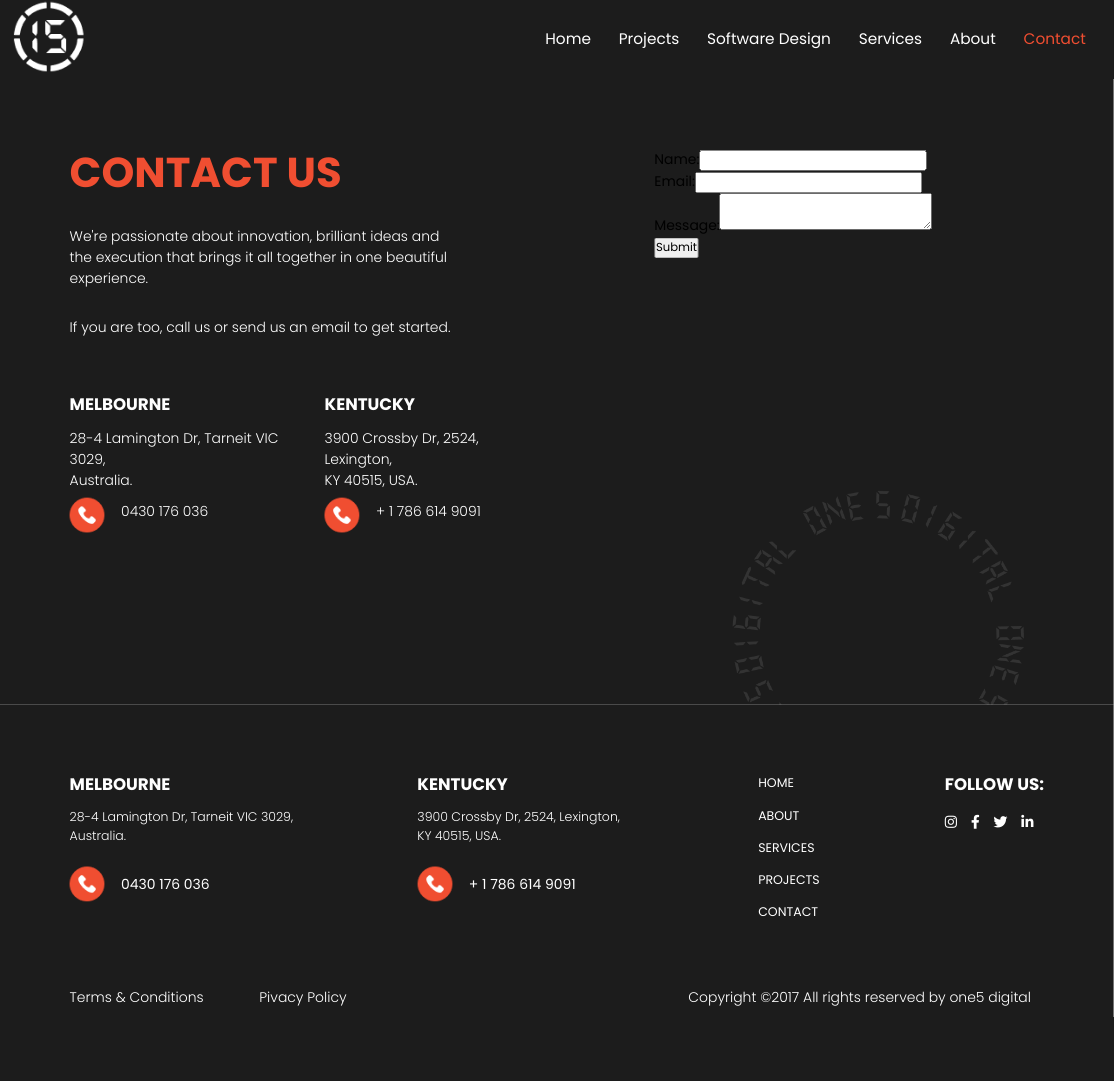
Repository: gopalpurohit54/one5
Page: /Contact
An editor plug-in stored every save of this project. The page is shown before and after the next save, followed by the edit.
The browser window is 1280 px wide. The pictures show the whole page, at 87% of full size.
The project was rebuilt for these pictures with package versions that can differ from the ones it lists, and the page was loaded fresh each time. Also part of the build but not shown: src/components/Button.js, src/components/HeroSection.css, src/components/HeroSection.js, src/components/OurProjects.css, src/components/OurProjects.js, src/components/OurServices.js, src/components/AboutUs.css, src/components/AboutUs.js and 30 more.

Above is the page before, as saved 2021-06-22 14:21:59.

### src/index.css
@import url('https://fonts.googleapis.com/css2?family=Poppins:ital,wght@0,100;0,200;0,300;0,400;0,500;0,600;0,700;0,800;0,900;1,100;1,200;1,300;1,400;1,500;1,600;1,700;1,800;1,900&display=swap');

* {
  margin: 0;
  padding: 0;
  outline: none;
  font-family: 'Poppins', sans-serif;
  -webkit-font-smoothing: antialiased;
  -moz-osx-font-smoothing: grayscale;
}

code {
  font-family: source-code-pro, Menlo, Monaco, Consolas, 'Courier New',
    monospace;
}

.nav-item-active {
  color: #F04E31;
}

### src/components/App.js
import React from 'react';
import Header from '../components/Header';
import { BrowserRouter as Router, Switch, Route } from 'react-router-dom';
import './App.css';
import Home from '../components/Pages/Home';
import Footer from '../components/Footer';
import About from './Pages/About';
import Projects from './Pages/Projects';
import SoftwareDesign from './Pages/SoftwareDesign';
import Services from './Pages/Services';
import Contact from './Pages/Contact';

function App() {
  return (
    <Router>
      <Header />
      <Switch>
        <Route path='/' exact component= {Home} />
        <Route path='/About' exact component= {About} />
        <Route path='/Projects' exact component= {Projects} />
        <Route path='/SoftwareDesign' exact component= {SoftwareDesign} />
        <Route path='/Services' exact component= {Services} />
        <Route path='/Contact' exact component= {Contact} />
      </Switch>
      <Footer />
    </Router>
  );
}



export default App

### src/components/Header.js
import React, { useState, useEffect } from 'react';
import './Header.css';
import { NavLink } from 'react-router-dom';

function Header() {
    const [navbar, setHeader] = useState(false);

    const changeBackground = () => {
        console.log(window.scrollY)
    }

    window.addEventListener('scroll', changeBackground);

    return (
        <div className="header active">
            <div className="logo">
                <img src="./logo-white.png" />
            </div>
            <ul className="nav-items">
                <li className="nav-items"><NavLink exact to="/" className="nav-items" activeClassName="nav-item-active">Home</NavLink></li>
                <li className="nav-items"><NavLink exact to="/Projects" className="nav-items" activeClassName="nav-item-active">Projects</NavLink></li>
                <li className="nav-items"><NavLink exact to="/SoftwareDesign" className="nav-items" activeClassName="nav-item-active">Software Design</NavLink></li>
                <li className="nav-items"><NavLink exact to="/Services" className="nav-items" activeClassName="nav-item-active">Services</NavLink></li>
                <li className="nav-items"><NavLink exact to="/About" className="nav-items" activeClassName="nav-item-active">About</NavLink></li>
                <li className="nav-items"><NavLink exact to="/Contact" className="nav-items" activeClassName="nav-item-active">Contact</NavLink></li>
            </ul>
        </div>
    )
}

export default Header

### src/components/App.css

* {
    box-sizing: border-box;
    margin: 0;
    padding: 0;
    font-family: 'Poppins', sans-serif;
    /* background: #1c1c1c; */
  }

### src/components/Footer.js
import React from 'react';
import './Footer.css';
import { Link } from 'react-router-dom';

function Footer() {
    return (
        <div className="footer">
            <div className="footer-wrapper">
                <ul className="add-1">
                    <h6>MELBOURNE</h6>
                    <p>28-4 Lamington Dr, Tarneit VIC 3029, <br/> Australia.</p>
                    <div className="call"><img className="call-icon" src="./phone-icon.png" /> 0430 176 036 </div>
                </ul>
                <ul className="add-2">
                    <h6>KENTUCKY</h6>
                    <p>3900 Crossby Dr, 2524, Lexington, <br/> KY 40515, USA.</p>
                    <div className="call"><img className="call-icon" src="./phone-icon.png" /> + 1 786 614 9091 </div>
                </ul>
                <ul className="site-links">
                    <li><Link to="/" className="site-links">HOME</Link></li>
                    <li><Link to="/About" className="site-links">ABOUT</Link></li>
                    <li><Link to="/Services" className="site-links">SERVICES</Link></li>
                    <li><Link to="/Projects" className="site-links">PROJECTS</Link></li>
                    <li><Link to="/Contact" className="site-links">CONTACT</Link></li>
                </ul>
                <ul className="follow-us">
                    <h6>FOLLOW US:</h6>
                    <a className="social" href="#"><i class="fab fa-instagram"></i></a>
                    <a className="social" href="#"><i class="fab fa-facebook-f"></i></a>
                    <a className="social" href="#"><i class="fab fa-twitter"></i></a>
                    <a className="social" href="#"><i class="fab fa-linkedin-in"></i></a>
                </ul>
            </div>
            <div className="copyright">
                <div className="copy-left">
                    <p className="left-p1">Terms & Conditions</p>
                    <p className="left-p2">Pivacy Policy</p>
                </div>
                <div className="copy-right">
                    <p className="right-p">Copyright ©2017 All rights reserved by one5 digital</p>
                </div>
            </div>
        </div>
    )
}

export default Footer

### src/components/Pages/Contact.js
import React from 'react';
import '../App';
import ContactPage from '../ContactPage';

function Contact() {
    return (
            <React.Fragment>
                <ContactPage />
            </React.Fragment>
    )
}

export default Contact;

### src/components/Header.css
.header {
    background: transparent;
    color: white;
    display: flex;
    flex-direction: row;
    align-content: center;
    justify-content: space-between;
    align-items: center;
    padding: 1rem;
    position: sticky;
    top: 0;
    height: 90px;
}
.header.active {
    background: #1c1c1c;
}

.nav-items {
    display: flex;
    list-style: none;
    font-size:1.1rem;
    text-decoration: none;
    color: #fff;
}

li.nav-items{
    margin-bottom: 0;
}

li {
    padding-left: 1rem;
    padding-right: 1rem;
}

a.nav-items:hover {
    color: #F04E31;
    cursor: pointer;
}

.nav-item-active {
    color: #F04E31;
}

### src/components/Footer.css
.footer {
    padding: 5rem 5rem 1rem 5rem;
    background-color: #1c1c1c;
    height: 60vh;
    width: 100%;
    color: white;
}

.footer h6 {
    font-size: 1.2rem;
    line-height: 1.2;
    margin-bottom: 1rem;
}

.footer p {
    margin-bottom: 1.5rem;
    font-size: 1rem;
    line-height: 1.5;
    font-style: normal;
    font-weight: 300;
    padding-right: 15px;
}

.footer-wrapper {
    display: flex;
    flex: 1;
    flex-direction: row;
    align-content: center;
    justify-content: space-between;
    align-items: flex-start;
}

.add-1 p {
    font-size: 0.9rem;
}

.add-2 p {
    font-size: 0.9rem;
}

.call {
    display: flex;
    flex-direction: row;
    justify-content: flex-start;
    align-content: center;
    align-items: center;
}

.call:hover {
    color: #F04E31;
}

.follow-us p {
    font-size: 0.9rem;
}

i.fab.fa-instagram {
    padding: 0.5rem 0.5rem 0.5rem 0;
}

i.fab.fa-instagram:hover {
    color: #F04E31;
}

i.fab.fa-facebook-f {
    padding: 0.5rem;
}

i.fab.fa-facebook-f:hover {
    color: #F04E31;
}


i.fab.fa-twitter {
    padding: 0.5rem;
}

i.fab.fa-twitter:hover {
    color: #F04E31;
}


i.fab.fa-linkedin-in {
    padding: 0.5rem;
}

i.fab.fa-linkedin-in:hover {
    color: #F04E31;
}

img.call-icon {
    padding-right: 1.2rem;
}

.copyright {
    display: flex;
}

.copy-left {
    width: 50%;
    display: flex;
}

.copy-right {
    width: 50%;
}

p.left-p1 {
    margin-bottom: 0;
    padding-right: 4rem;
    line-height: 1;
    padding-top: 4rem;
}

p.left-p1:hover {
    color: #F04E31;
}

p.left-p2 {
    margin-bottom: 0;
    padding-right: 4rem;
    line-height: 1;
    padding-top: 4rem;
}

p.left-p2:hover {
    color: #F04E31;
}

p.right-p {
    margin-bottom: 0;
    line-height: 1;
    padding-top: 4rem;
    display: flex;
    justify-content: flex-end;
    align-content: center;
    align-items: center;
}

p.right-p:hover {
    color: #F04E31;
}

li {
    list-style: none;
    font-size: 0.9rem;
    margin-bottom: 1rem;
}

a.social{
    color: #fff;
}

.site-links {
    text-decoration: none;
    color: #fff;
}

.site-links:hover {
    color: #F04E31;
}

### src/components/ContactPage.js
import React, { useState } from "react";
import './ContactPage.css';

    const ContactPage = () => {
        const [status, setStatus] = useState("Submit");
        const handleSubmit = async (e) => {
          e.preventDefault();
          setStatus("Sending...");
          const { name, email, message } = e.target.elements;
          let details = {
            name: name.value,
            email: email.value,
            message: message.value,
          };
          let response = await fetch("http://localhost:5000/contact", {
            method: "POST",
            headers: {
              "Content-Type": "application/json;charset=utf-8",
            },
            body: JSON.stringify(details),
          });
          setStatus("Submit");
          let result = await response.json();
          alert(result.status);
        };

    return (
        <div className="contactpage">
            <div className="con-left">
                <h1>CONTACT US</h1>
                <p>We're passionate about innovation, brilliant ideas and <br/>
                the execution that brings it all together in one beautiful <br/>
                experience.</p> <br/>
                <p>If you are too, call us or send us an email to get started.</p>
                <div className="con-wrapper">
                    <ul className="add-1">
                        <h6>MELBOURNE</h6>
                        <p>28-4 Lamington Dr, Tarneit VIC 3029, <br/> Australia.</p>
                        <div className="call"><img className="call-icon" src="./phone-icon.png" /> <p>0430 176 036</p> </div>
                    </ul>
                    <ul className="add-2">
                        <h6>KENTUCKY</h6>
                        <p>3900 Crossby Dr, 2524, Lexington, <br/> KY 40515, USA.</p>
                        <div className="call"><img className="call-icon" src="./phone-icon.png" /> <p>+ 1 786 614 9091</p> </div>
                    </ul>
                </div>
            </div>
            <div className="con-right">
                <form onSubmit={handleSubmit}>
                    <div>
                        <label htmlFor="name">Name:</label>
                        <input type="text" id="name" required />
                    </div>
                    <div>
                        <label htmlFor="email">Email:</label>
                        <input type="email" id="email" required />
                    </div>
                    <div>
                        <label htmlFor="message">Message:</label>
                        <textarea id="message" required />
                    </div>
                    <button type="submit">{status}</button>
                </form>
            </div>
        </div>
    )
}

export default ContactPage

### src/components/OurServices.css
.our-services {
    padding: 5rem 5rem;
    height: 100vh;
    background-image: url('./assets/bg-white-mainpage.png');
}

.our-services h1 {
    margin-bottom: 2rem;
    font-size: 3rem;
    line-height: 1.2;
}

.our-services h6 {
    font-size: 1.2rem;
    line-height: 1.2;
    margin-bottom: 1rem;
}

p {
    margin-bottom: 1.5rem;
    font-size: 1rem;
    line-height: 1.5;
    font-style: normal;
    font-weight: 300;
    padding-right: 15px;
}

.service-wrapper {
    display: flex;
    flex: 1;
    margin-top: 3.5rem;
}

.service-1 p {
    font-size: 0.9rem;
}

.service-2 p {
    font-size: 0.9rem;
}

.service-3 p {
    font-size: 0.9rem;
}

.service-4 p {
    font-size: 0.9rem;
}

### src/components/Expertize.css
.expertize {
    padding: 5rem 5rem 5rem 0;
    height: 80vh;
    background-image: url('./assets/about-white.png');
    background-repeat: no-repeat;
    width: 100%;
    background-size: cover;
}

.expertize h1 {
    margin-bottom: 2rem;
    font-size: 3rem;
    line-height: 1.2;
    color: #000;
}

.expertize h6 {
    font-size: 1.2rem;
    line-height: 1.2;
    margin-bottom: 1rem;
    color: #000;
}

.expertize p {
    margin-bottom: 0.5rem;
    font-size: 1rem;
    line-height: 1.5;
    font-style: normal;
    font-weight: 300;
    padding-right: 15px;
    color: #000;
}

.exp-left{
    float: left;
    width: 50%;
}

.exp-right{
    float: right;
    width: 40%;
    align-content: flex-end;
}

.exp-img {
    height: 350px;
    margin-top: 2rem;
}

li.exp-items {
    color: #000;
    list-style: disc;
    font-size: 1rem;
}

::marker  {
    color: #F04E31;
}

### src/components/Solutions.css
.solutions {
    padding: 5rem 5rem;
    height: 100vh;
    background:#fff;
}

.solutions h1 {
    margin-bottom: 2rem;
    font-size: 3rem;
    line-height: 1.2;
}

.solutions h6 {
    font-size: 1.2rem;
    line-height: 1.2;
    margin-bottom: 1rem;
}

.solutions p {
    margin-bottom: 1.5rem;
    font-size: 1rem;
    line-height: 1.5;
    font-style: normal;
    font-weight: 300;
    padding-right: 15px;
}

.solution-wrapper {
    display: flex;
    flex: 1;
    margin-top: 3.5rem;
}

.solution-1 p {
    font-size: 0.9rem;
}

.solution-2 p {
    font-size: 0.9rem;
}

.solution-3 p {
    font-size: 0.9rem;
}

.solution-4 p {
    font-size: 0.9rem;
}

li.sol-items {
    color: #000;
    list-style: disc;
    font-size: 1rem;
}

::marker  {
    color: #F04E31;
}

ul.solution-1 {
    margin-right: 3rem;
    margin-left: 1rem;
}

ul.solution-2 {
    margin-right: 3rem;
}

ul.solution-3 {
    margin-right: 3rem;
}

### src/components/Benefits.css
.benefits {
    padding: 5rem 5rem;
    height: 100vh;
    background-image: url('./assets/ecombg.png');
    background-size: cover;
}

.benefits h1 {
    margin-bottom: 2rem;
    font-size: 3rem;
    line-height: 1.2;
    color: #fff;
}

.benefits h6 {
    font-size: 1.2rem;
    line-height: 1.2;
    margin-bottom: 1rem;
    margin-top: 1rem;
    color: #fff;
}

p {
    margin-bottom: 1.5rem;
    font-size: 1rem;
    line-height: 1.5;
    font-style: normal;
    font-weight: 300;
    padding-right: 15px;
    color: #fff;
}

.benefit-wrapper {
    display: flex;
    flex: 1;
    margin-top: 3.5rem;
}

.benefit-1 p {
    font-size: 0.9rem;
}

.benefit-2 p {
    font-size: 0.9rem;
}

.benefit-3 p {
    font-size: 0.9rem;
}

.benefit-4 p {
    font-size: 0.9rem;
}

.benefit-1, .benefit-2, .benefit-3, .benefit-4 {
    background-image: url(./assets/Ellipse-bg.png);
    background-size: cover;
    height: 260px;
    width: 260px;
    margin: 1rem;
    display: flex;
    flex-direction: column;
    align-content: center;
    justify-content: center;
    align-items: center;
    text-align: center;
}

.bene-desc {
    display: none;
}

h6.bene-hover {
    color: #F04E31;
    text-align: center;
}

p.hover-desc {
    font-size: 0.7rem;
    text-align: center;
}

.benefit-1:hover .bene-desc{
    display: block;
}

.benefit-1:hover .bene-visible{
    display: none;
}

.benefit-2:hover .bene-desc{
    display: block;
}

.benefit-2:hover .bene-visible{
    display: none;
}

.benefit-3:hover .bene-desc{
    display: block;
}

.benefit-3:hover .bene-visible{
    display: none;
}

.benefit-4:hover .bene-desc{
    display: block;
}

.benefit-4:hover .bene-visible{
    display: none;
}

### src/components/ContactPage.css
.contactpage {
    padding: 5rem;
    height: 100vh;
    background-image: url('./assets/contact-bg.png');
    background-repeat: no-repeat;
    width: 100%;
    background-size: cover;
}

.contactpage h1 {
    margin-bottom: 2rem;
    font-size: 3rem;
    line-height: 1.2;
    color: #F04E31;
}

.contactpage h6 {
    font-size: 1.2rem;
    line-height: 1.2;
    margin-bottom: 1rem;
    color: #fff;
}

.contactpage p {
    margin-bottom: 0.5rem;
    font-size: 1rem;
    line-height: 1.5;
    font-style: normal;
    font-weight: 300;
    padding-right: 15px;
    color: #fff;
}

.con-left{
    float: left;
    width: 50%;
}

.con-right{
    float: right;
    width: 40%;
}

.con-wrapper {
    display: flex;
    margin-top: 4rem;
}

### src/components/Button.css
:root {
    --primary: #F04E31;
}

.btn {
    padding: 8px 20px;
    border-radius: 30px;
    outline: none;
    border: none;
    cursor: pointer;
}

.btn--primary {
    background-color: var(--primary);
    color: #fff;
    border: 1px solid var(--primary);
}

.btn--outline {
    background-color: transparent;
    color: #F04E31;
    padding: 8px 20px;
    border: 1px solid var(--primary);
    transition: all 0.3s ease-out;
}


.btn--white {
    background-color: transparent;
    color: #fff;
    padding: 8px 20px;
    border: 1px solid #fff;
    transition: all 0.3s ease-out;
}

.btn--white:hover {
    background-color: #fff;
    color: #F04E31;
    transition: all 0.3s ease-out;
}

.btn--medium {
    padding: 8px 20px;
    font-size: 16px;
}

.btn--large {
    padding: 12px 26px;
    font-size: 16px;
}

.btn--medium:hover, .btn--large:hover {
    background: transparent;
    color: #F04E31;
    transition: all 0.3s ease-out;
}


.btn--outline:hover {
    background-color: #F04E31;
    color: #fff;
}

Loaded but not shown: public/index.html (common file); src/index.js (common file); src/reportWebVitals.js (common file)

After the next save:
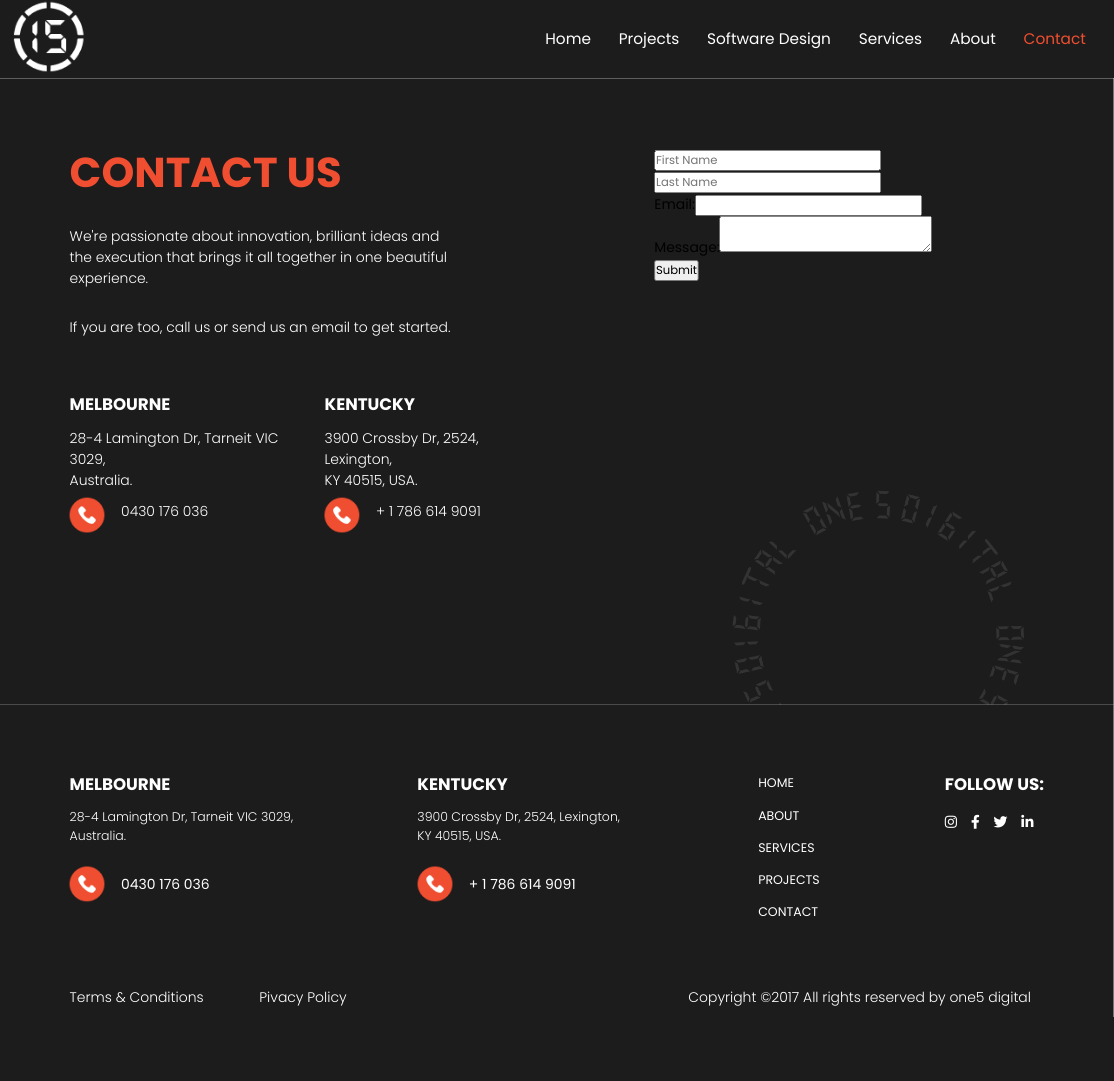
Saved 5 min 2 s later.
--- a/src/components/ContactPage.js
+++ b/src/components/ContactPage.js
@@ -48,8 +48,12 @@ import './ContactPage.css';
             <div className="con-right">
                 <form onSubmit={handleSubmit}>
                     <div>
-                        <label htmlFor="name">Name:</label>
-                        <input type="text" id="name" required />
+                        <div>
+                            <input placeholder="First Name" type="text" id="name" required />
+                        </div>
+                        <div>
+                            <input placeholder="Last Name" type="text" id="name" required />
+                        </div>
                     </div>
                     <div>
                         <label htmlFor="email">Email:</label>
